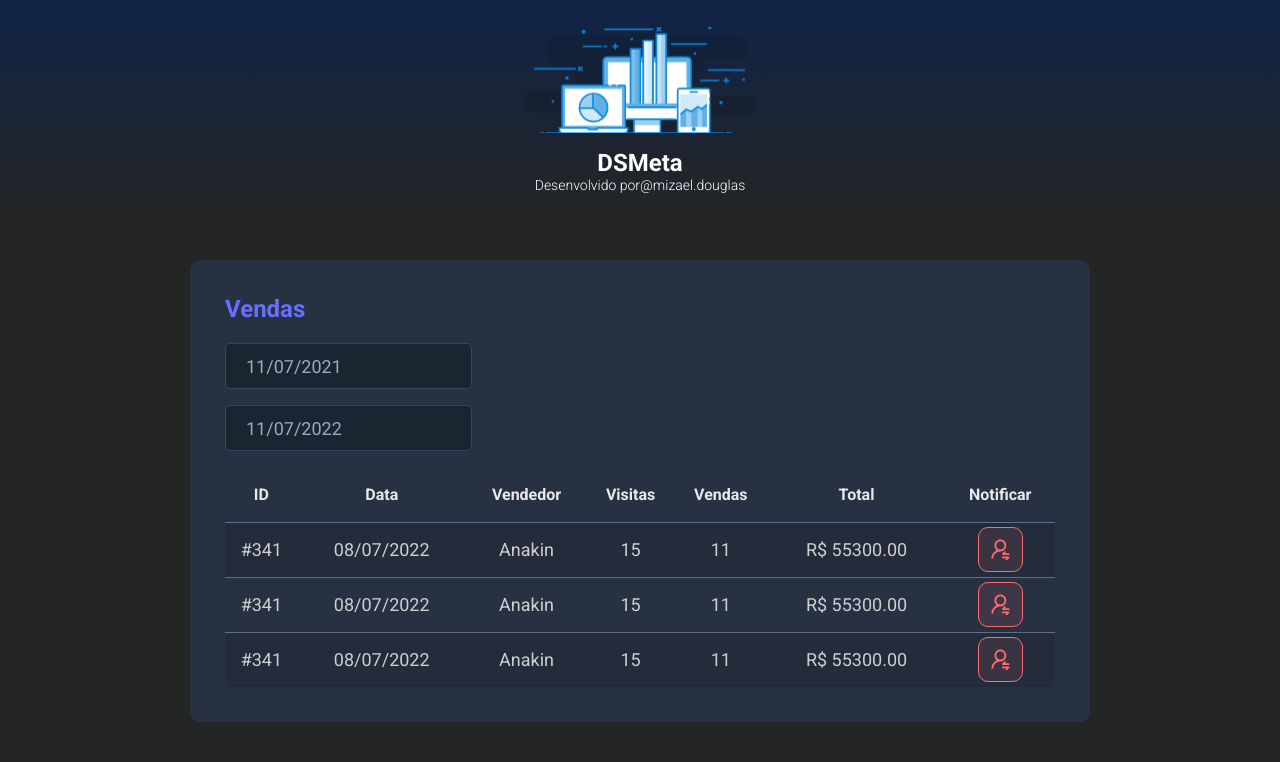
Repository: Mizaeldouglas/ds-Meta
Page: / (app in frontend/)
The author's editor kept a copy of each file at every save. The page is drawn from the files as they stood at one save, then again after the next save.
The browser window is 1280 px wide. The pictures show the whole page.
The page's requests for data from a server got no answer. The project was rebuilt for these pictures with package versions that can differ from the ones it lists, and the page was loaded fresh each time. No one was signed in, and anything a server would have sent is missing. Also part of the build but not shown: frontend/vite.config.ts.

Above is the page before, as saved 2022-07-15 10:44:38.

After the next save:
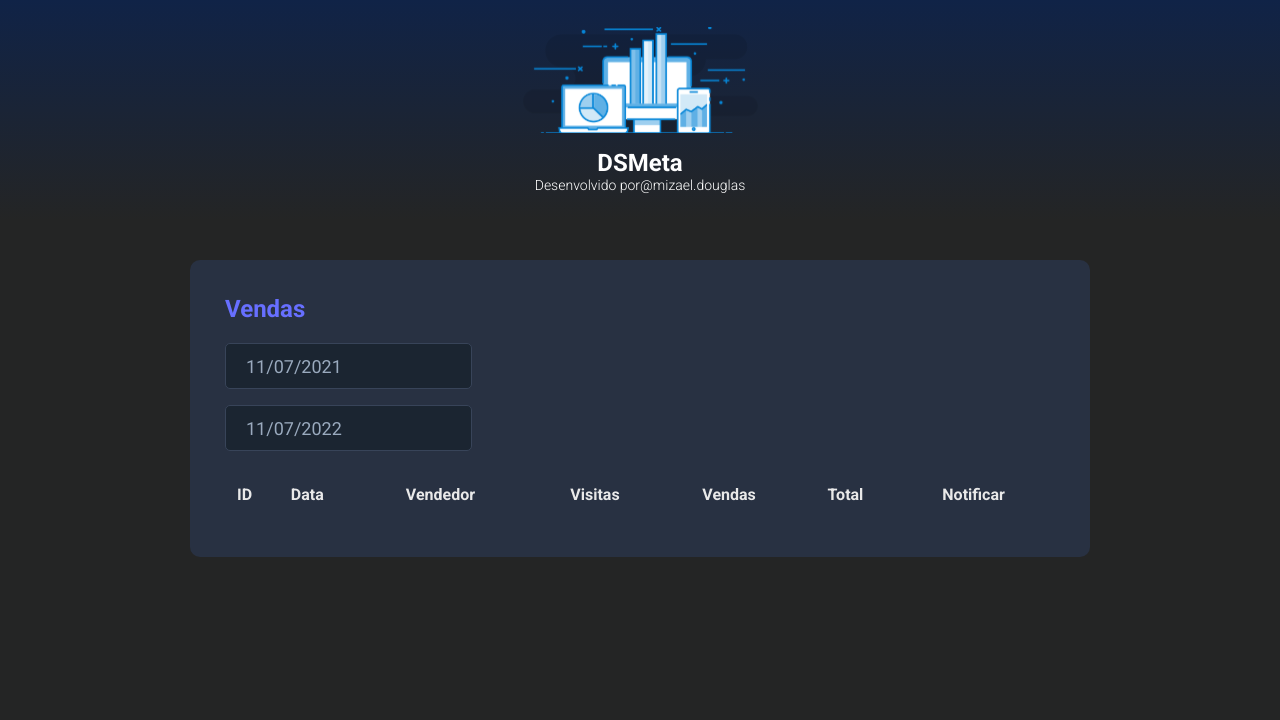
Saved 4 min 14 s later.
--- a/frontend/src/components/SalesCard/index.tsx
+++ b/frontend/src/components/SalesCard/index.tsx
@@ -9,7 +9,7 @@ import { Sale } from "../../models/sale";
 
 export default function SalesCard() {
   const min = new Date(new Date().setDate(new Date().getDate() - 365));
-  const max = new Date()
+  const max = new Date();
 
   const [minDate, setMinDate] = useState(min);
   const [maxDate, setMaxDate] = useState(max);
@@ -17,10 +17,9 @@ export default function SalesCard() {
   const [sales, setSales] = useState<Sale[]>([]);
 
   useEffect(() => {
-	axios.get(`${BASE_URL}/sales`)
-		.then(response =>{
-			setSales(response.data.content)
-		})
+    axios.get(`${BASE_URL}/sales`).then((response) => {
+      setSales(response.data.content);
+    });
   }, []);
 
   return (
@@ -59,45 +58,23 @@ export default function SalesCard() {
             </tr>
           </thead>
           <tbody>
-            <tr>
-              <td className="show992">#341</td>
-              <td className="show576">08/07/2022</td>
-              <td>Anakin</td>
-              <td className="show992">15</td>
-              <td className="show992">11</td>
-              <td>R$ 55300.00</td>
-              <td>
-                <div className="dsmeta-red-btn-container">
-                  <NotificationButton />
-                </div>
-              </td>
-            </tr>
-            <tr>
-              <td className="show992">#341</td>
-              <td className="show576">08/07/2022</td>
-              <td>Anakin</td>
-              <td className="show992">15</td>
-              <td className="show992">11</td>
-              <td>R$ 55300.00</td>
-              <td>
-                <div className="dsmeta-red-btn-container">
-                  <NotificationButton />
-                </div>
-              </td>
-            </tr>
-            <tr>
-              <td className="show992">#341</td>
-              <td className="show576">08/07/2022</td>
-              <td>Anakin</td>
-              <td className="show992">15</td>
-              <td className="show992">11</td>
-              <td>R$ 55300.00</td>
-              <td>
-                <div className="dsmeta-red-btn-container">
-                  <NotificationButton />
-                </div>
-              </td>
-            </tr>
+            {sales.map((sale) => {
+              return (
+                <tr>
+                  <td className="show992">#341</td>
+                  <td className="show576">08/07/2022</td>
+                  <td>{sale.sellerName}</td>
+                  <td className="show992">15</td>
+                  <td className="show992">11</td>
+                  <td>R$ {sale.amount}</td>
+                  <td>
+                    <div className="dsmeta-red-btn-container">
+                      <NotificationButton />
+                    </div>
+                  </td>
+                </tr>
+              );
+            })}
           </tbody>
         </table>
       </div>
